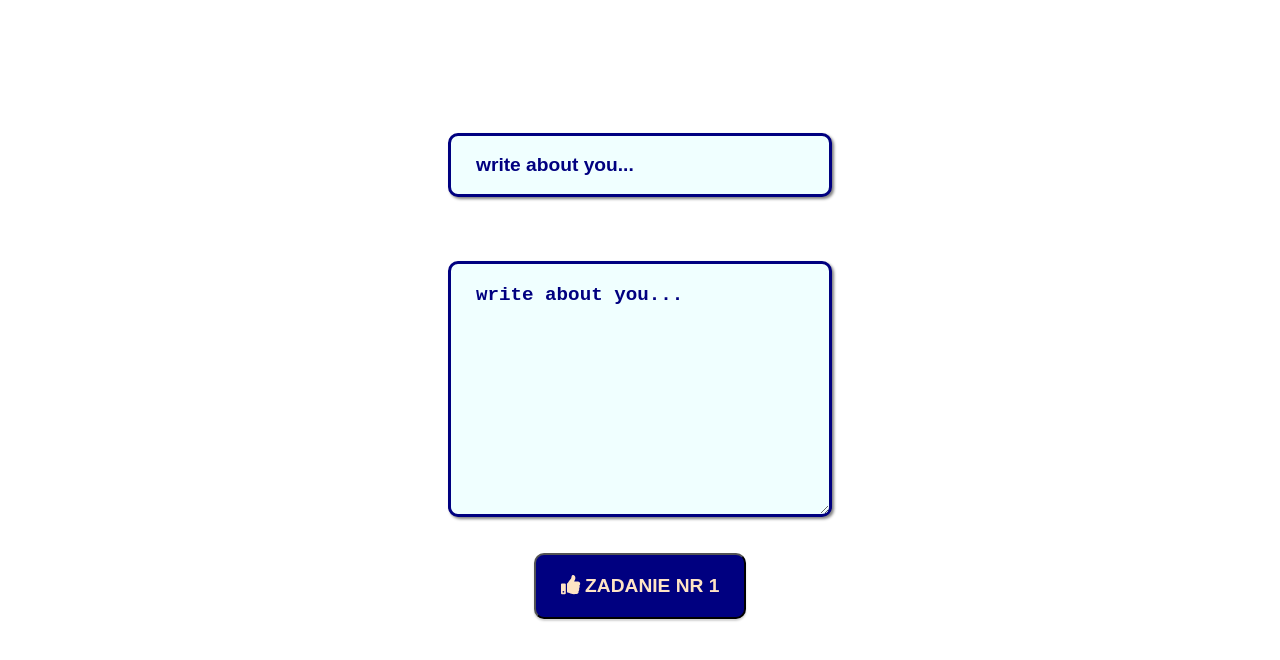
Repository: KrzysKolo/sr_tydzien3_zad_1_2_3
Page: /
The author's editor kept a copy of each file at every save. The page is drawn from the files as they stood at one save, then again after the next save.
The browser window is 1280 px wide. The pictures show the whole page.
The project was rebuilt for these pictures with package versions that can differ from the ones it lists, and the page was loaded fresh each time.

Above is the page before, as saved 2020-11-02 17:03:52.

After the next save:
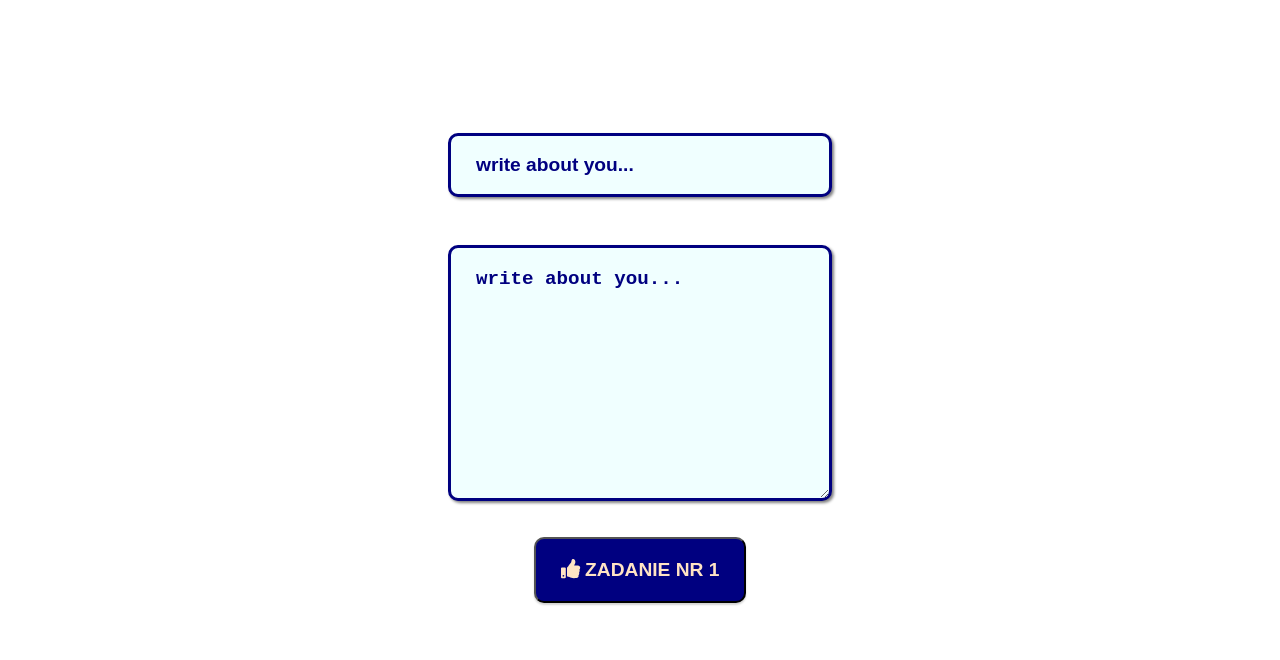
Saved 29 s later.
--- a/src/components/Form/Input.js
+++ b/src/components/Form/Input.js
@@ -12,7 +12,7 @@ const Input = ({value, color, bgColor, borderSize, borderRadius, borderColor}) =
     font-weight: bold;
     font-size: 1.2rem;
     height: 5vw;
-    margin: 2rem auto;
+    margin: 1rem auto;
     outline: 0;
     padding: 20px 25px;
     width: 30vw;
